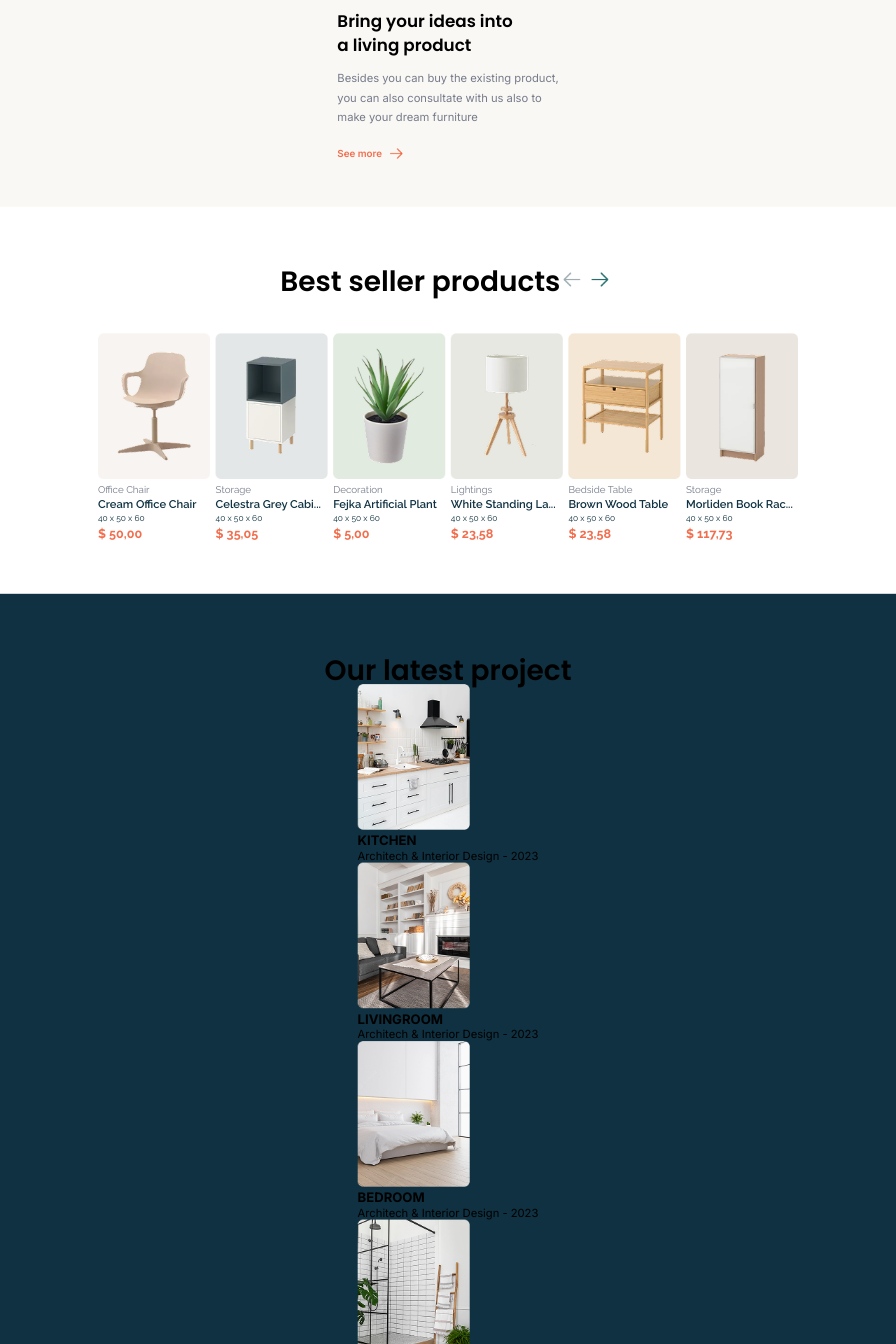
Repository: MatheusEich15/FrontEnd
Page: Prova 1 FrontEnd/Prova 1 FrontEnd/index.html
These files come from the project's save history. The page is drawn as it stood at one moment and after a run of saves; the edit follows.
The browser window is 1280 px wide. The pictures show the part of the page from y = 1496 to 3416 px (the page is 4855 px tall), at 70% of full size.

Above is the page before, as saved 2026-03-13 07:47:09.

### Prova 1 FrontEnd/Prova 1 FrontEnd/index.html
<!DOCTYPE html>

<html lang="en">

<head>
    <meta charset="UTF-8">
    <meta name="viewport" content="width=device-width, initial-scale=1.0">
    <title>Coca</title>
    <link rel="stylesheet" href="style.css">
    <!--  -->
</head>

<body>

    <header>

        <div id="links-header"> <!-- div para links do lado esquerdo -->
            <div id="logo-header"><img src="./assets/images/Logo-images/Logo.png" alt="Logo"></div>
            <nav>
                <ul>
                    <li><a href="#"><span>About</span></a></li>
                    <li><a href="#">Blog</a></li>
                    <li><a href="#">Contact</a></li>
                </ul>
            </nav>
        </div>
        <div id="btn-header"> <!-- div para links do lado direito -->
            <a id="sign-in-btn" href="#">Sign In</a>
            <button><img src="./assets/icons/Menu.png" alt="Menu"></button>
        </div>

    </header>

    <main>

        <section id="introduction"> <!-- Introdução ao site -->
            <div id="introduction-content">
                <h3>Explore any kind of furnitures</h3>
                <h1>Better Furniture <br>
                    Better Living</h1>
                <div id="introduction-btn">
                    <a href="#">Check our projects</a>
                    <div id="right-arrow"><img src="./assets/icons/Short Right Arrow.png" alt="Seta"></div>
                </div>
            </div>
        </section>

        <section id="about"> <!-- Sobre o site -->
            <div class="title">
                <h2>What we provide</h2>
            </div>
            <div id="about-items"> <!-- Informações básicas -->
                <div class="about-item">
                    <img src="./assets/icons/Home.png" alt="Ícone de Home">
                    <h3>10 years of experience <br>
                        in furniture business</h3>
                    <p>We’re already established since 2012, and <br>
                        in 10 years we have lots of positive <br>
                        reviews and achievements</p>
                    <div id="see-more-btn">
                        <a href="#">See more</a>
                        <img src="./assets/icons/Normal Right Arrow.png" alt="Seta">
                    </div>
                </div>
                <div class="about-item">
                    <img src="./assets/icons/Credit Card.png" alt="Ícone de Cartão de Crédito">
                    <h3>Afforable price with <br>
                        world class quality</h3>
                    <p>Our craftsmen have lots of experience <br>
                        dealing with crafting furnitures and some <br>
                        of them have world class quality</p>
                    <div id="see-more-btn">
                        <a href="#">See more</a>
                        <img src="./assets/icons/Normal Right Arrow.png" alt="Seta">
                    </div>
                </div>
                <div class="about-item">
                    <img src="./assets/icons/Thumbs Up.png" alt="Ícone de Polegares Para Cima">
                    <h3>Bring your ideas into <br>
                        a living product</h3>
                    <p>Besides you can buy the existing product, <br>
                        you can also consultate with us also to <br>
                        make your dream furniture</p>
                    <div id="see-more-btn">
                        <a href="#">See more</a>
                        <img src="./assets/icons/Normal Right Arrow.png" alt="Seta">
                    </div>
                </div>
            </div>
        </section>

        <section id="products"> <!-- Produtos disponíveis -->
            <div class="title-arrows">
                <h2>Best seller products</h2>
                <div class="title-btn">
                    <img src="./assets/icons/Normal Left Arrow Sells.png" alt="Seta">
                    <img src="./assets/icons/Normal Right Arrow Sells.png" alt="Seta">
                </div>
            </div>
            <div id="products-items">
                <div class="product-item">
                    <img src="./assets/images/Products-images/Cream Office Chair.png" alt="Cadeira de Escritório Cor Creme">
                    <p><span>Office Chair</span></p>
                    <h3>Cream Office Chair</h3>
                    <p>40 x 50 x 60</p>
                    <h4>$ 50,00</h4>
                </div>
                <div class="product-item">
                    <img src="./assets/images/Products-images/Celestra Grey Cabi.png" alt="Armário Pequeno Cor Cinza e Branco">
                    <p><span>Storage</span></p>
                    <h3>Celestra Grey Cabi...</h3>
                    <p>40 x 50 x 60</p>
                    <h4>$ 35,05</h4>
                </div>
                <div class="product-item">
                    <img src="./assets/images/Products-images/Fejka Artificial Plant.png" alt="Planta Artificial em Vaso Cor Cinza">
                    <p><span>Decoration</span></p>
                    <h3>Fejka Artificial Plant</h3>
                    <p>40 x 50 x 60</p>
                    <h4>$ 5,00</h4>
                </div>
                <div class="product-item">
                    <img src="./assets/images/Products-images/White Standing La.png" alt="Luminária Cor Branca">
                    <p><span>Lightings</span></p>
                    <h3>White Standing La...</h3>
                    <p>40 x 50 x 60</p>
                    <h4>$ 23,58</h4>
                </div>
                <div class="product-item">
                    <img src="./assets/images/Products-images/Brown Wood Table.png" alt="Mesa de Madeira Cor Marrom">
                    <p><span>Bedside Table</span></p>
                    <h3>Brown Wood Table</h3>
                    <p>40 x 50 x 60</p>
                    <h4>$ 23,58</h4>
                </div>
                <div class="product-item">
                    <img src="./assets/images/Products-images/Morliden Book Rac.png" alt="Armário Médio Moderno Cor Branca">
                    <p><span>Storage</span></p>
                    <h3>Morliden Book Rac...</h3>
                    <p>40 x 50 x 60</p>
                    <h4>$ 117,73</h4>
                </div>
            </div>
        </section>

        <section id="projects"> <!-- Demonstrações de projetos -->
            <div class="title">
                <h2><span>Our latest project</span></h2>
            </div>
            <div id="projects-items">
                <div class="project-item">
                    <img src="./assets/images/Projects-images/Kitchen.png" alt="Demonstração de Cozinha">
                    <h3>KITCHEN</h3>
                    <p>Architech & Interior Design - 2023</p>
                </div>
                <div class="project-item">
                    <img src="./assets/images/Projects-images/Livingroom.png" alt="Demonstração de Sala de Estar">
                    <h3>LIVINGROOM</h3>
                    <p>Architech & Interior Design - 2023</p>
                </div>
                <div class="project-item">
                    <img src="./assets/images/Projects-images/Bedroom.png" alt="Demonstração de Quarto">
                    <h3>BEDROOM</h3>
                    <p>Architech & Interior Design - 2023</p>
                </div>
                <div class="project-item">
                    <img src="./assets/images/Projects-images/Bathroom.png" alt="Demonstração de Banheiro">
                    <h3>BATHROOM</h3>
                    <p>Architech & Interior Design - 2023</p>
                </div>
            </div>
            <div id="project-btn"> <!-- Seta do Desktop para ver mais projetos -->
                <img src="./assets/icons/Normal Right Arrow Projects.png" alt="Seta">
            </div>
        </section>

        <section id="news"> <!-- Novidades -->
            <div id="news-content">
                <h3>Newcomer product</h3>
                <div class="title">
                    <h2>2 seater Sofa</h2>
                </div>
                <p>Lorem ipsum dolor sit amet, consectetur adipiscing elit. Egestas luctus malesuada et volutpat, pellentesque dignissim suscipit. </p>
                <div id="available-colors">
                    <h4>Available Colors</h4>
                    <img src="./assets/images/News-images/Available Colors.png" alt="Cores Disponíveis">
                </div>
                <div id="news-btn">
                    <a href="#">Shop Now</a>
                    <div id="right-arrow"><img src="./assets/icons/Short Right Arrow.png" alt="Seta"></div>
                </div>
            </div>
        </section>

        <section id="testimonials">
            <div class="title">
                <h2>What our clients say</h2>
                <div class="title-btn">
                    <img src="./assets/icons/Normal Left Arrow Sells.png" alt="Seta">
                    <img src="./assets/icons/Normal Right Arrow Sells.png" alt="Seta">
                </div>
            </div>
            <div id="testimonials-card">
                <img src="./assets/images/Testimonials-images/Testimonial Person.png" alt="Foto de pessoa">
                <img src="./assets/icons/Testimonial Person “.png" alt="Ícone de Aspas Duplas">
                <h3>As expected, 10 years
                    experience on furniture
                    business will not disappointing
                    at all</h3>
                <p>As they said, their 10 years of
                    experience in furniture and interior
                    business is real. They work it
                    professionally and friendly at the
                    same time and of course the results
                    is beyond my expectations.</p>
                <h4>Roy Rakabuming</h4>
                <div id="1-decorative">
                    <p>1</p>
                </div>
            </div>
        </section>

    </main>

    <footer>

        <div id="footer-top"> <!-- Parte superior à divisória do footer -->
            <div id="logo-footer"><img src="./assets/images/Logo-images/Logo.png" alt="Logo"></div>
            <div><h4>Better Furniture, Better Living</h4></div>
            <div id="footer-contact">
                <div id="address">
                    <div id="address-title">
                        <img src="./assets/icons/Pin.png" alt="Marcador">
                        <h4>Address</h4>
                    </div>
                    <p>7319 Wagon Lane Bradenton, FL 34203</p>
                </div>
                <div id="contact-us">
                    <div id="contact-us-title">
                        <img src="./assets/icons/Envelope.png" alt="Envelope">
                        <h4>Contact Us</h4>
                    </div>
                    <p>hellosansbrothers@gmail.com</p>
                </div>
            </div>
            <div id="footer-links"> <!-- Links do footer -->
                <nav id="footer-website">
                    <h2>Website</h2>
                    <ul>
                        <li><a href="#">Home</a></li>
                        <li><a href="#">About Us</a></li>
                        <li><a href="#">Services</a></li>
                        <li><a href="#">Contact Us</a></li>
                    </ul>
                </nav>
                <nav id="footer-products">
                    <h2>Products</h2>
                    <ul>
                        <li><a href="#">Tables</a></li>
                        <li><a href="#">Chairs</a></li>
                        <li><a href="#">Storages</a></li>
                        <li><a href="#">Decorations</a></li>
                    </ul>
                </nav>
            </div>
        </div>
        <div id="footer-bottom"> <!-- Parte inferior à divisória do footer -->
            <div id="copyrights">
                <p>© Sans Brothers</p>
            </div>
            <div id="footer-policy">
                <p>Privacy and Terms</p>
                <p>Legal Notice</p>
                <p>Languanges</p>
            </div>
            <div id="footer-media">
                <img src="./assets/icons/Facebook Logo.png" alt="Logo do Facebook">
                <img src="./assets/icons/Instagram Logo.png" alt="Logo do Intagram">
                <img src="./assets/icons/Twitter Logo.png" alt="Logo do Twitter">
                <img src="./assets/icons/Linkedin Logo.png" alt="Logo do Linkedin">
            </div>
        </div>

    </footer>

</body>

</html>

### Prova 1 FrontEnd/Prova 1 FrontEnd/style.css
@import url('https://fonts.googleapis.com/css2?family=Inter:ital,opsz,wght@0,14..32,100..900;1,14..32,100..900&family=Poppins:ital,wght@0,100;0,200;0,300;0,400;0,500;0,600;0,700;0,800;0,900;1,100;1,200;1,300;1,400;1,500;1,600;1,700;1,800;1,900&family=Raleway:ital,wght@0,100..900;1,100..900&display=swap');

:root {
    --p-font: Inter; /* Fonte de parágrafos */
    --h-font: Poppins; /* Fonte de Títulos */
    --i-font: Raleway; /* Fonte de informações */
    --white: #FFFFFF;
    --off-white: #FAF8F4;
    --blue: #0F3141;
    --black: #000000;
    --orange: #F16F4F;
    --lite-orange: #EF7D60;
    --grey: #757B8A;
}

* {
    margin: 0;
    padding: 0;
    font-family: var(--p-font);
}

li {
    list-style: none;
}

a {
    text-decoration: none;
    color: var(--black);
}

button {
    background-color: transparent;
    border: none;
}

header {
    margin: 0.75rem 1.25rem 0rem 1.25rem;
    display: flex;
    justify-content: space-between;
    align-items: center;
}

#links-header nav {
    display: none;
}

#btn-header a {
    display: none;
}

#introduction {
    background: linear-gradient(to bottom, var(--white) 0%, var(--white) 20%, transparent 100%), url(./assets/images/Instroduction-images/Introduction\ Background\ Image.png);
    background-position: bottom;
    background-repeat: no-repeat;
    background-size: auto 375px;
}

#introduction-content {
    margin-top: 4.813rem;
    color: var(--black);
    display: flex;
    flex-direction: column;
    align-items: center;
}

#introduction-content h3 {
    font-weight: 500;
    font-size: 0.875rem;
    line-height: 1.875rem;
    letter-spacing: 1%;
    text-transform: uppercase;
    text-align: center;
    color: var(--blue);
}

#introduction-content h1 {
    margin-top: 0.5rem;
    font-family: var(--h-font);
    font-weight: 600;
    font-size: 2.75rem;
    line-height: 3.25rem;
    letter-spacing: -3%;
    text-align: center;
}

#introduction-btn {
    width: 15.125rem;
    height: 3.5rem;
    margin-top: 1.5rem;
    background-color: var(--orange);
    display: flex;
    justify-content: center;
    align-items: center;
    gap: 1rem;
    border-radius: 0.25rem;
    margin-bottom: 12.875rem;
}

#right-arrow {
    width: 2rem;
    height: 2rem;
    border-radius: 100%;
    background-color: var(--lite-orange);
    display: flex;
    justify-content: center;
    align-items: center;
}

#introduction-btn a {
    color: var(--white);
    font-weight: 600;
    font-size: 1.125rem;
    line-height: 100%;
    letter-spacing: -1%;
}

#about {
    display: flex;
    flex-direction: column;
    align-items: center;
    background-color: var(--off-white);
}

.title h2 {
    font-family: var(--h-font);
    margin-top: 5.563rem;
    font-weight: 600;
    font-size: 2.5rem;
    line-height: 100%;
    letter-spacing: -3%;
}

#about-items {
    margin-top: 3.313rem;
    display: flex;
    flex-direction: column;
    align-items: center;
    gap: 3.75rem;
    margin-bottom: 3.938rem;
}

.about-item h3 {
    margin-top: 0.75rem;
    font-family: var(--h-font);
    font-weight: 600;
    font-size: 1.5rem;
    line-height: 2.125rem;
    letter-spacing: -2%;
}

.about-item p {
    margin-top: 1rem;
    color: var(--grey);
    font-weight: 400;
    font-size: 1rem;
    line-height: 1.75rem;
    letter-spacing: 1%;
}

#see-more-btn {
    margin-top: 1.5rem;
    display: flex;
    align-items: center;
    gap: 0.5rem;
}

#see-more-btn a {
    color: var(--orange);
    font-weight: 600;
    font-size: 0.875rem;
    line-height: 1.688rem;
    letter-spacing: 1%;
}

#products {
    display: flex;
    flex-direction: column;
    align-items: center;
}

.title-arrows {
    margin: 5rem 1.938rem 0rem 1.5rem;
    display: flex;
}

.title-arrows h2 {
    font-family: var(--h-font);
    font-weight: 600;
    font-size: 2.5rem;
    line-height: 3.25rem;
    letter-spacing: -3%;
}

.title-btn {
    display: flex;
    align-items: end;
    gap: 0.5rem;
    margin-bottom: 0.75rem;
}

.title-btn img {
    max-width: 2rem;
    max-height: 2rem;
}

#products-items {
    display: flex;
    flex-wrap: wrap;
    justify-content: center;
    gap: 0.5rem;
    margin-top: 3.063rem;
    margin-bottom: 3rem;
}

.product-item {
    display: flex;
    flex-direction: column;
    gap: 0.125rem;
    margin-bottom: 1.5rem;
}

.product-item img {
    margin-bottom: 0.375rem;
}

.product-item p span {
    font-family: var(--i-font);
    color: var(--grey);
    font-weight: 400;
    font-size: 0.875rem;
    line-height: 100%;
    letter-spacing: 1%;
}

.product-item h3 {
    font-family: var(--i-font);
    color: var(--blue);
    font-weight: 600;
    font-size: 1rem;
    line-height: 1.5rem;
    letter-spacing: 0%;
}

.product-item p {
    font-family: var(--i-font);
    color: var(--blue);
    font-weight: 400;
    font-size: 0.75rem;
    line-height: 100%;
    letter-spacing: 1%;
}

.product-item h4 {
    font-family: var(--i-font);
    color: var(--orange);
    font-weight: 700;
    font-size: 1.125rem;
    line-height: 1.75rem;
    letter-spacing: 1%;
}

#projects {
    background-color: var(--blue);
    display: flex;
    flex-direction: column;
    align-items: center;
}

.title h2 span {
    font-family: var(--h-font);
    color: var();
}

After the next 2 saves:
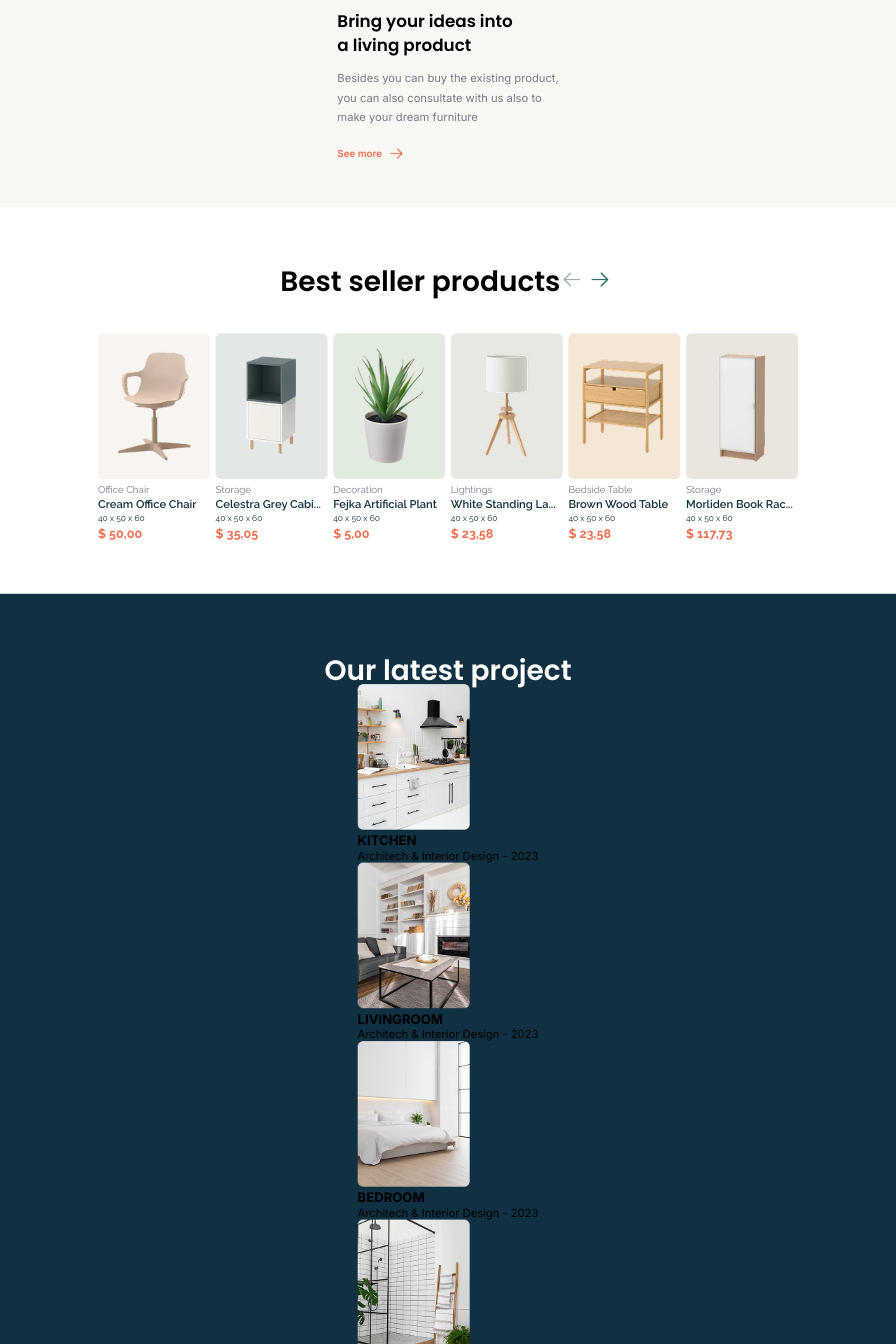
The 2 saves are shown as one change because they came seconds apart.
The last was saved 8 s later.
--- a/Prova 1 FrontEnd/Prova 1 FrontEnd/style.css
+++ b/Prova 1 FrontEnd/Prova 1 FrontEnd/style.css
@@ -268,5 +268,6 @@ header {
 
 .title h2 span {
     font-family: var(--h-font);
-    color: var();
-}
+    color: var(--white);
+    font
+}
